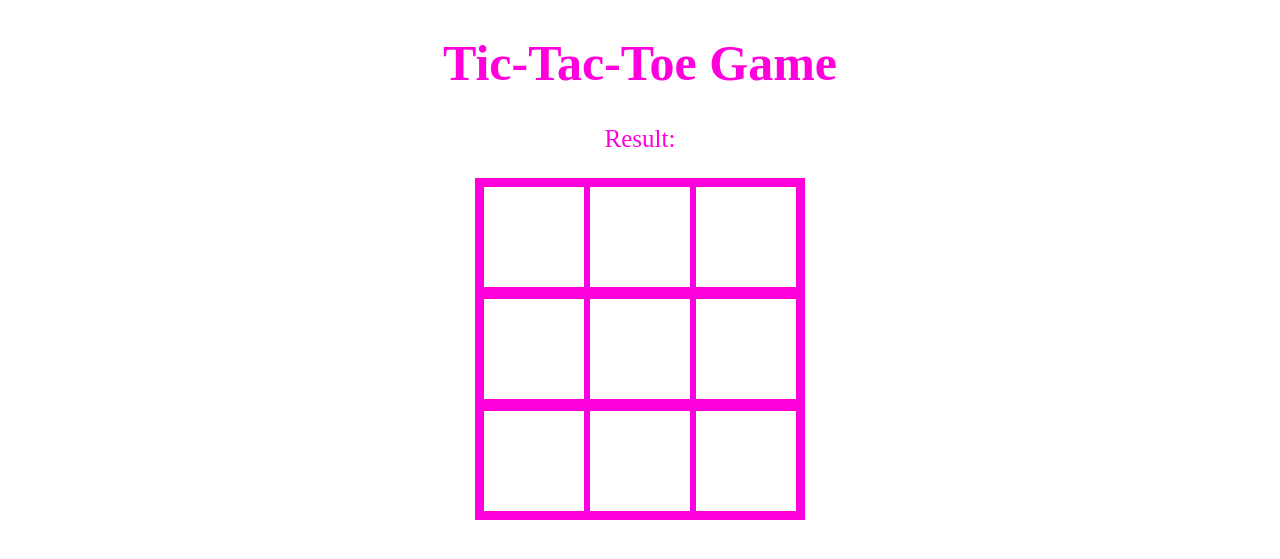
Repository: 0101chaitanya/Tic-Tac-Toe
Page: index.html
An editor plug-in stored every save of this project. The page is shown before and after the next save, followed by the edit.
The browser window is 1280 px wide. The pictures show the whole page.

Above is the page before, as saved 2021-06-09 18:00:03.

After the next save:
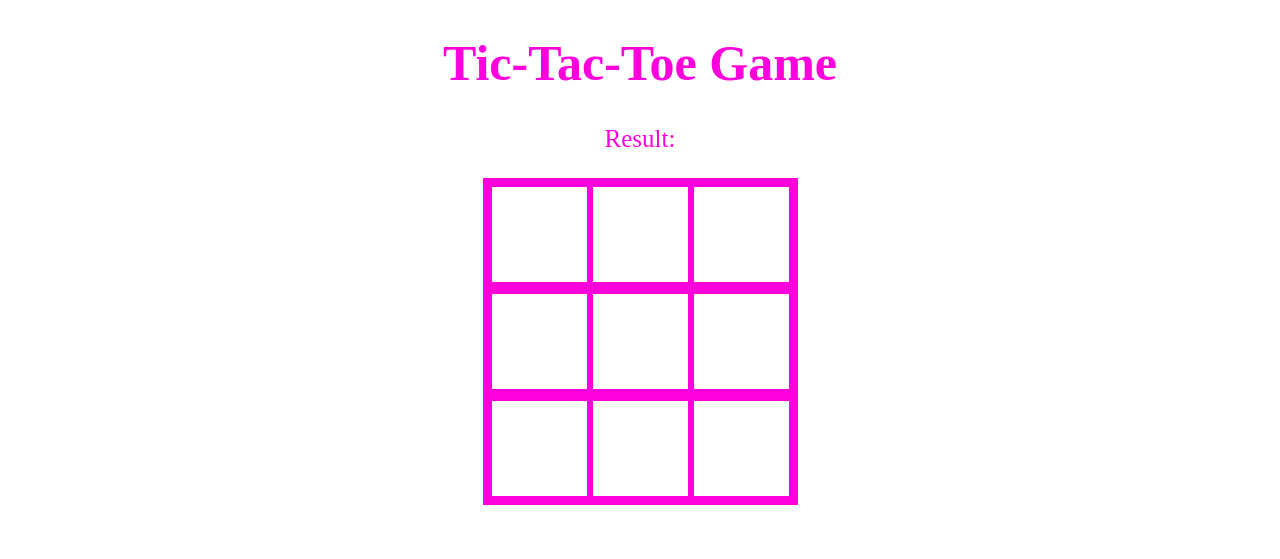
Saved 26 s later.
--- a/styles.css
+++ b/styles.css
@@ -42,7 +42,7 @@
     display:block;
     margin: auto;
     border-style: solid;
-    width:4.0rem;
-    height:4.0rem;
+    width:3.8rem;
+    height:3.8rem;
 
 }
